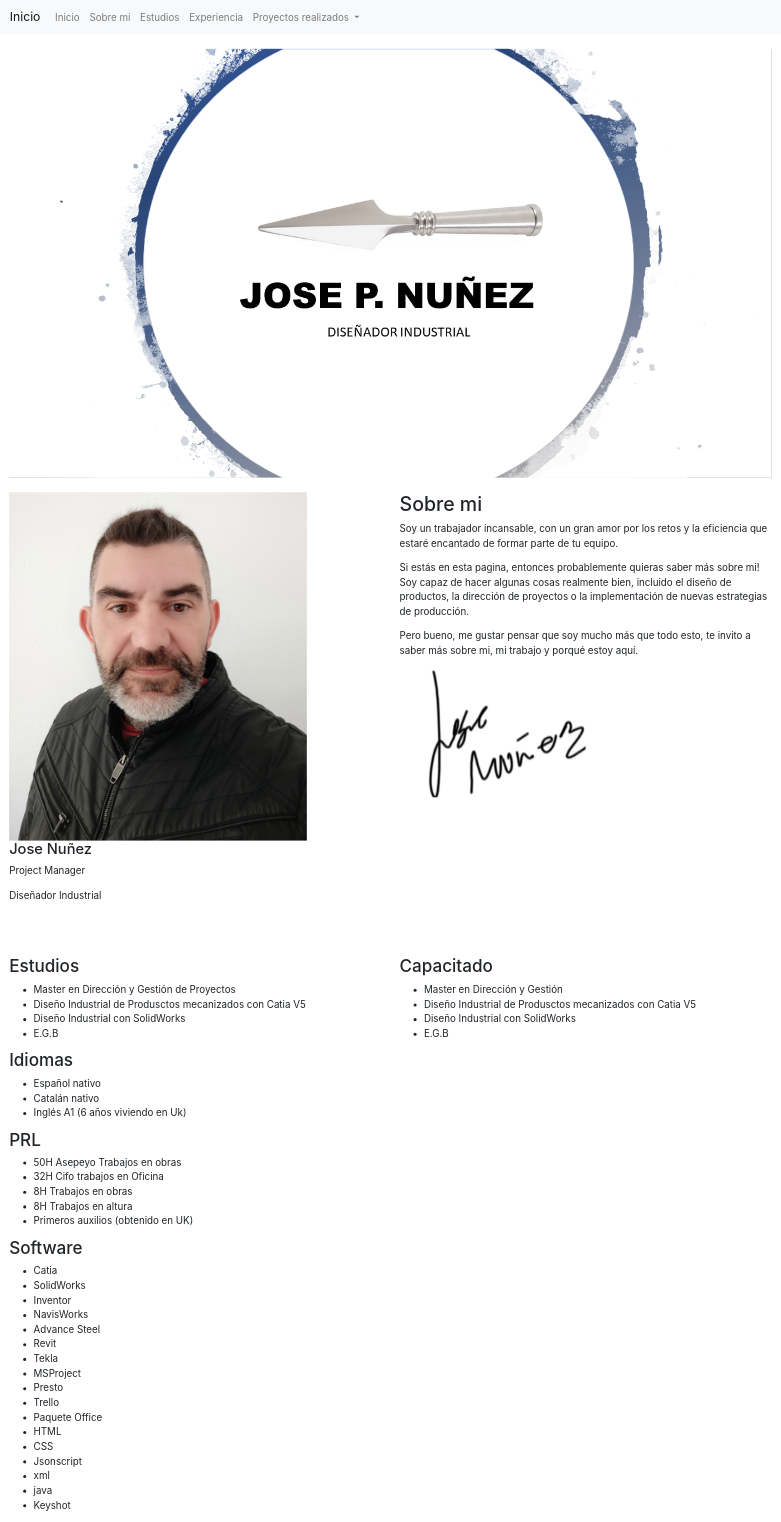
Repository: Hrotgarion1/jose
Page: index.html
These files come from the project's save history. The page is drawn as it stood at one moment and after the next save; the edit follows.
The browser window is 1280 px wide. The pictures show the whole page, at 61% of full size.

Above is the page before, as saved 2020-09-29 19:27:31.

After the next save:
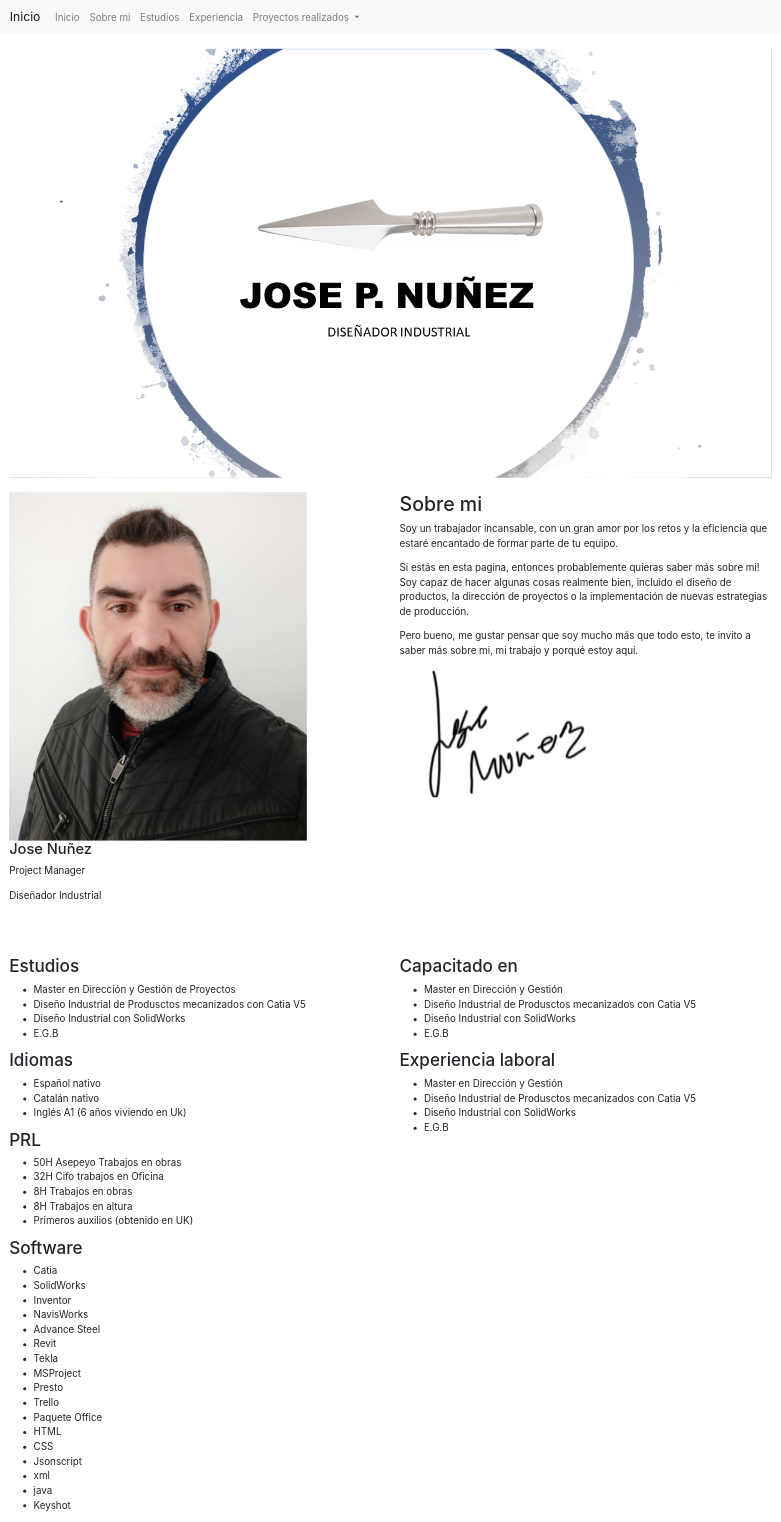
Saved 54 s later.
--- a/index.html
+++ b/index.html
@@ -133,7 +133,14 @@
           <br>
 
          <aside class="col-xs-12 col-sm-6 col-md-6 col-lg-6">
-          <h3>Capacitado</h3>
+          <h3>Capacitado en</h3>
+              <ul>
+                <li>Master en Dirección y Gestión</li>
+                <li>Diseño Industrial de Produsctos mecanizados con Catia V5</li>
+                <li>Diseño Industrial con SolidWorks</li>
+                <li>E.G.B</li>
+              </ul>
+              <h3>Experiencia laboral</h3>
               <ul>
                 <li>Master en Dirección y Gestión</li>
                 <li>Diseño Industrial de Produsctos mecanizados con Catia V5</li>
